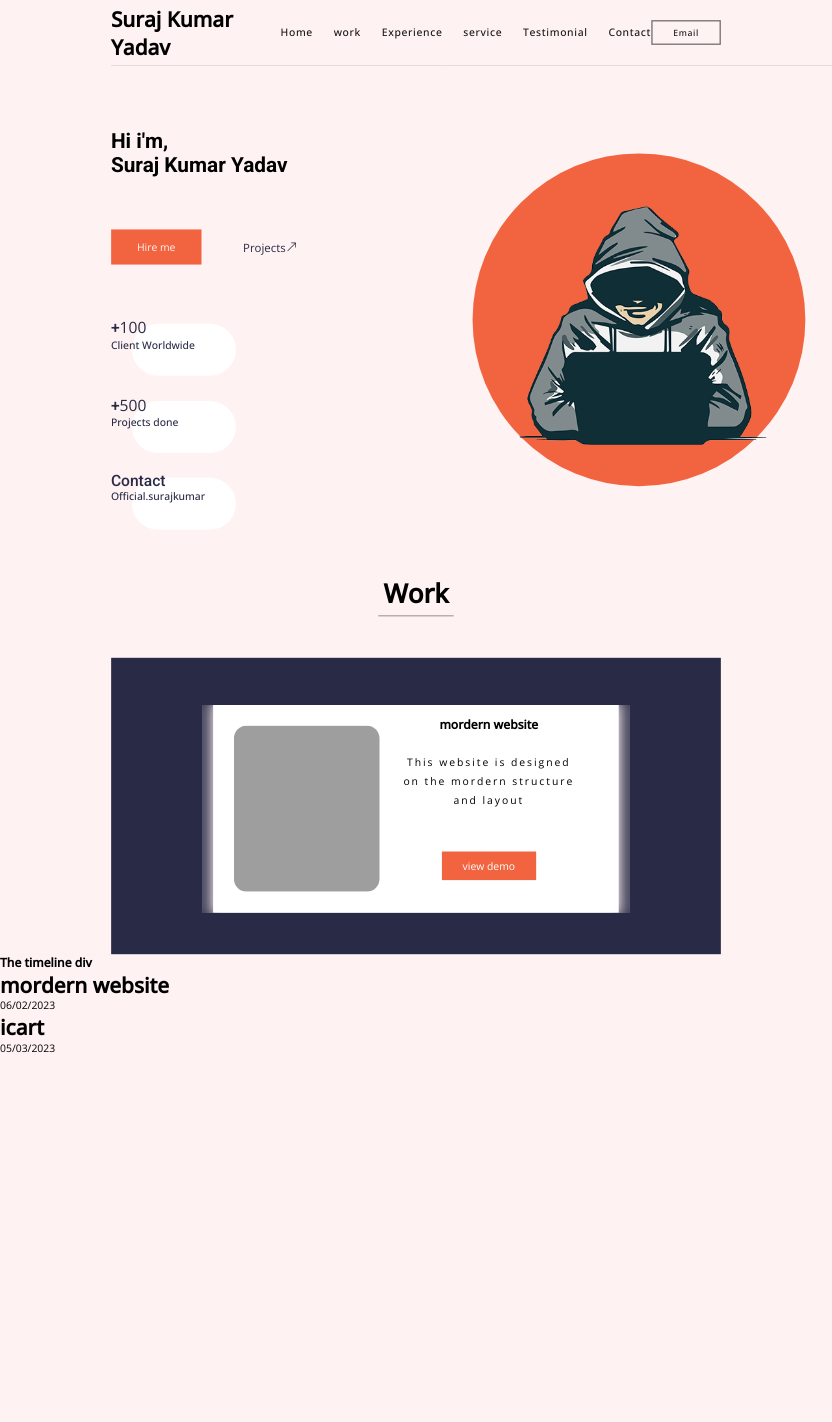
Repository: suraj-yadav7/portfolio-reactjs
Page: /
These files come from the project's save history. The page is drawn as it stood at one moment and after the next save; the edit follows.
The browser window is 1280 px wide. The pictures show the whole page, at 65% of full size.
Pictures or frames that could not be fetched are drawn as grey boxes. The project was rebuilt for these pictures with package versions that can differ from the ones it lists, and the page was loaded fresh each time.

Above is the page before, as saved 2023-04-10 18:56:58.

### src/index.js
import React from 'react';
import ReactDOM from 'react-dom/client';
import App from './App';
import './styles/app.scss'

const root = ReactDOM.createRoot(document.getElementById('root'));
root.render(
  <React.StrictMode>
    <App />
  </React.StrictMode>
);

### src/App.js
import Header from "./components/Header";
import Home from "./components/Home";
import Work from "./components/Work";
import Timeline from "./components/Timeline";


function App() {
  return (
    <>
      <Header/>
      <Home/>
      <Work/>
      <Timeline/>
    </>
  );
}

export default App;

### src/styles/app.scss
@import url('https://fonts.googleapis.com/css2?family=Open+Sans:wght@300;400;500&family=Roboto:ital,wght@0,300;0,500;0,700;1,700&display=swap');


@import "statics";
@import "animation";
@import "header";
@import "home";
@import "work";
@import "timeline";


* {
  margin: 0%;
  padding: 0%;
  font-family: $text2;
  box-sizing: border-box;
  scroll-behavior: smooth;
}
a {
  text-decoration: none;
}

body {
  background-color: $color1;
  overflow-x: hidden;
}

.disableBtn {
  color: $color6 !important;
  background-color: rgb(191, 191, 191) !important;
  cursor: not-allowed !important;
}

#customMessage {
  font: 900 2rem $text2;
  width: 100%;
  height: 100vh;
  display: grid;
  place-items: center;
}

/*
@import "statics";
@import "animation";
@import "header";  //the statice values are available to header bcz statics is "import" above ii
@import "home";
@import "work";

*{
    margin:0;
    padding:0;
    box-sizing: border-box;
    font-family: $text1;
    scroll-behavior: smooth;
}
a{
    text-decoration: none;
}

body{
    background-color: $color1;
    overflow-x: hidden;
}

.disableBtn {
    background-color: rgb(237,237,237);
    cursor: not-allowed;
}
*/

### src/components/Header.jsx


import React from "react"

const Header = ()=>{
    return(
        <nav>
            <NavContent/>
        </nav>
    )
};

const NavContent = () =>{
    return(

        <>
        <h2>Suraj Kumar Yadav</h2>
        <div>
            <a href="#home">Home</a>
            <a href="#work">work</a>
            <a href="#timeline">Experience</a>
            <a href="#service">service</a>
            <a href="#testimonial">Testimonial</a>
            <a href="#Contact">Contact</a>
        </div>
        <a href="mailto: official.surajkumar@gmail.com">
            <button>Email</button>
        </a>
        </>
        )
}


export default Header;

### src/components/Home.jsx
import { BsArrowUpRight, BsChevronDown } from "react-icons/bs";
import {React,useRef} from 'react'
import { animate, motion } from "framer-motion"
// import { Typewriter} from 'typewriter-effect'
import me from "../assets/me.png"


const Home = () => {

  const clientCount = useRef(null)
  const projectCount = useRef(null)

  const animationClientCount = ()=>{
        animate(0,100,{
          duration: 1,
          onUpdate:(v)=>(clientCount.current.textContent=v.toFixed())
        })
  }


  const animationProjectCount = ()=>{
    animate(0,500,{
      duration: 1,
      onUpdate:(v)=>(projectCount.current.textContent=v.toFixed())
    })
}

  const animation = {
    h1: {
      initial: {
        x: "-100%",
        opacity: 0
      },
      whileInView: {
        x: 0,
        opacity: 1
      }
    },
    button: {
      initial: {
        y: "-100%",
        opacity: 0
      },
      whileInView: {
        y: 0,
        opacity: 1
      }
    }
  }

  return (
    <>
      <div id="home">
        <section>
          <div>
            <motion.h1 {...animation.h1} >
              Hi i'm, <br /> Suraj Kumar Yadav
            </motion.h1>

            {/* <Typewriter options={{
              strings:["A developer", "A Designer"],
              autoStart: true,
              loop: true,
              wrapperClassName:"typewriterpara"

            }} />  */}


            <div>
              <a href="mailto:surajkumar@gmail.com">Hire me</a>
              <a href="#work">Projects <BsArrowUpRight /></a>
            </div>

            <article>
              <p>
                +<motion.span whileInView={animationClientCount} ref={clientCount}>100</motion.span>
              </p>
              <span>Client Worldwide</span>
            </article>

            <aside>
              <article>
                <p>
                  +<motion.span ref={projectCount} whileInView={animationProjectCount}>5000</motion.span>
                </p>
                <span>Projects done</span>
              </article>
            </aside>

            <article>
              <p>
                Contact</p>
              <span>Official.surajkumar</span>
            </article>
          </div>
        </section>

        <section>
          <img src={me} alt="myimage"></img>
        </section>
      </div>
    </>
  )
}

export default Home

### src/components/Work.jsx
import React from 'react'
import { Carousel } from 'react-responsive-carousel'
import "react-responsive-carousel/lib/styles/carousel.min.css"
import data from "../assets/data.json"

const Work = () => {
  return (
  <>
  <div id='work'>
    <h2>Work</h2>
    <section>
        <article>
            <Carousel showArrows={false}
            showIndicators={false}
            showStatus={false}
            showThumbs={false}
            interval={2000}
            infiniteLoop={true}
            autoPlay={true}
             >
                {
                    data.projects.map(i=>(
                        <div key={i.key} className="workItem">
                            <img src={i.imgSrc} href={i.title}/>
                            <aside>
                                <h3>{i.title}</h3>
                                <p>{i.description}</p>
                                <a href={i.url} target="blank"> view demo </a>
                            </aside>
                        </div>
                    ))
                }
            </Carousel>
        </article>
    </section>
  </div>
  </>
  )
}

export default Work

### src/components/Timeline.jsx
import React from "react";
import data from "../assets/data.json"

const Timeline=()=>{
    return(
        <>
        <div id="timeline">
            <div className="timelineBox">
                <h3>The timeline div </h3>
                    {
            data.projects.map((item,index)=>(
                <TimelineItem heading={item.title} text={item.date} index={index} key={index }/>
                ))
            }
            </div>
        </div>
        </>
    )
}


const TimelineItem =({heading,text,index})=>(

        <>
    <div className={`timelineItem ${index%2===0?"leftTimeline":"rightTimeline"}`}>
        <h1>{heading}</h1>
        <p>{text}</p>

    </div>
    </>
    )




export default Timeline;

### src/styles/statics.scss
$text1:"Roboto", sans-serif;
$text2:"Open sans", sans-serif;

$color1: #fef2f2;
$color2: #286f6c;
$color2_1: #174340;
$color3: #f26440;
$color3_1: #ad4126;
$color3_light: rgb(249 141 141);
$color4: #fff;
$color5: #292b46;
$color6: #161616;
$color6_1: #16161698;
$color6_2: #16161622;


$p: 13.33vmax;
$p_md: 7vmax;
$p_base: 5vmax;
$p_base_INVERSE: 10vmax 15vmax;
$p_sm: 2vmax;
$p_sm_inverse: 13vmax 0;
$p_zero: 0;

### src/styles/animation.scss

@keyframes animateSvg {
    to {
      transform: translate(-50%, -10px);
    }
  }

  @keyframes upanddown {
    to {
      transform: translateY(-5px);
    }
  }

  @keyframes upupdowndown {
    to {
      transform: translateY(-10px);
    }
  }

### src/styles/header.scss


nav{
    width:100%;
    height:100px;
    background-color: $color1;
    display: flex;
    align-items: center;
    justify-content: space-between;
    padding: 0px $p;
    position: sticky;
    top:0;
    z-index: 60%;
    >h2{
        font-size:2rem;
    }
    >div{
        display: flex;
        align-items: center;
        gap:2rem;
        a{
            color: $color6;
            font-weight: 500;
            transition: all 0.3s;
            letter-spacing: 1px;
            &:hover{
                color:$color3;
            }
        }
    }
    >a >button{
        border: 2px solid $color6_1;
        padding: 0.5rem 2rem;
        background-color: $color1;
        cursor: pointer;
        color: $color6;
        letter-spacing: 1px;
        font-weight: 500;
        transition: all 0.3s;
        &:hover{
           background-color: $color6;
            color: $color4;
        }
    }
}

### src/styles/home.scss
#home {
    width: 100%;
    height: 90vh;
    display: flex;

    > section {
      width: 100%;

      &:first-of-type {
        padding-left: $p;

        > div {
          border-top: 1px solid $color6_2;
          height: 100%;
          padding-top: 6rem;
          > h1 {
            font: 600 2rem $text1;
          }

        //   .typewriterpara {
        //     margin: 20px 0;
        //     height: 20px;
        //     letter-spacing: 5px;
        //   }

          > div {
            display: flex;
            margin: 5rem 0;
            width: 70%;
            gap: 4rem;
            align-items: center;
            > a {
              &:first-of-type {
                background-color: $color3;
                color: $color1;
                padding: 1rem 2.5rem;
                transition: all 0.3s;
                &:hover {
                  background-color: $color3_1;
                }
              }
              &:last-of-type {
                font: 400 1.1rem $text2;
                color: $color5;
                display: flex;
                align-items: center;
              }
            }
          }

          aside {
            display: flex;
            justify-content: space-between;
            width: 70%;
          }

          article {
            margin: 2rem 0;
            width: 10rem;
            color: $color5;
            position: relative;

            &::after {
              content: "";
              background-color: $color4;
              width: 100%;
              height: 5rem;
              border-radius: 50px;
              position: absolute;
              top: 20%;
              left: 20%;
              z-index: -1;
            }
            > p {
              font: 400 1.5rem $text1;
            }
            > span {
              font: 500 1rem $text2;
            }
          }

          article[data-special] {
            width: 16rem;
          }
        }
      }

      &:last-of-type {
        border-top: 1px solid $color6_2;
        display: flex;
        flex-direction: column;
        justify-content: flex-end;
        align-items: center;
        overflow-x: hidden;

        &::after {
          content: "";
          width: 40vmax;
          height: 40vmax;
          background-color: $color3;
          position: absolute;
          z-index: -1;
          border-radius: 50%;
        }

        > img {
          width: 40vmax;
          object-fit: contain;
          height: 40vmax;
        }
      }
    }


  }

### src/styles/work.scss
#work {
    width: 100%;
    height: 100vh;
    padding: 8rem $p;
    > h2 {
      font: 700 2.5rem $text2;
      width: fit-content;
      border-bottom: 1px solid $color6_1;
      padding: 0.5rem;
      margin: auto;
    }

    > section {
      margin-top: 4rem;
      width: 100%;
      height: 100%;
      background-color: $color5;
      display: flex;
      align-items: center;
      justify-content: center;

      > article {
        width: 70%;
        height: 25vmax;
      }

      .workItem {
        overflow-y: auto;
        height: 25vmax;
        width: 95%;
        margin: auto;
        background-color: $color4;
        display: flex;
        padding: 2rem;
        box-shadow: 0 0 20px 5px $color1;

        > img {
          border-radius: 20px;
          width: 40%;
          object-fit: cover;
        }

        > aside {
          width: 60%;
          display: flex;
          flex-direction: column;
          justify-content: center;
          align-items: center;

          > p {
            letter-spacing: 3px;
            line-height: 180%;
            margin: 2rem;
          }
          > a {
            background-color: $color3;
            padding: 0.7rem 2rem;
            margin: 2rem;
            color: $color4;
            transition: all 0.5s;
            &:hover {
              background-color: $color3_1;
            }
          }
        }
      }
    }
  }

### src/styles/timeline.scss
#timeline {
    width: 100%;
    height: 100vh;
    background-color: $color1;

    .timeline Box{
    width: 100%;
    height: 100%;
    position: relative;
    max-width: 1200px;
    margin:0 auto;
    display: flex;
    flex-direction: column;
    justify-content: center;
        &::hover{
            content:"";
            position:absolute;
            width: 6px;
            top: 0;
            bottom: 0;
            background-color: $color5;
            left: 50%;
            margin-left: -3px;
        }
    }

    }

### src/assets/data.json
{

    "projects" :[
        {
            "date":"06/02/2023",
            "title" : "mordern website",
            "description" : "This website is designed on the mordern structure and layout",
            "url" : "https://www.pixabay.com",
            "imgSrc" : "https://cdn.pixabay.com/photo/2017/05/10/12/41/hacker-2300772_1280.jpg"

        },
        {
            "date":"05/03/2023",
            "title" : "icart",
            "description" : "This website is designed on the mordern structure and layout of ecommerce website",
            "url" : "https://www.pixabay.com",
            "imgSrc" : "https://pixabay.com/photos/hacker-silhouette-hack-anonymous-3342696/"
        }

    ]

}

Loaded but not shown: public/index.html (common file)

After the next save:
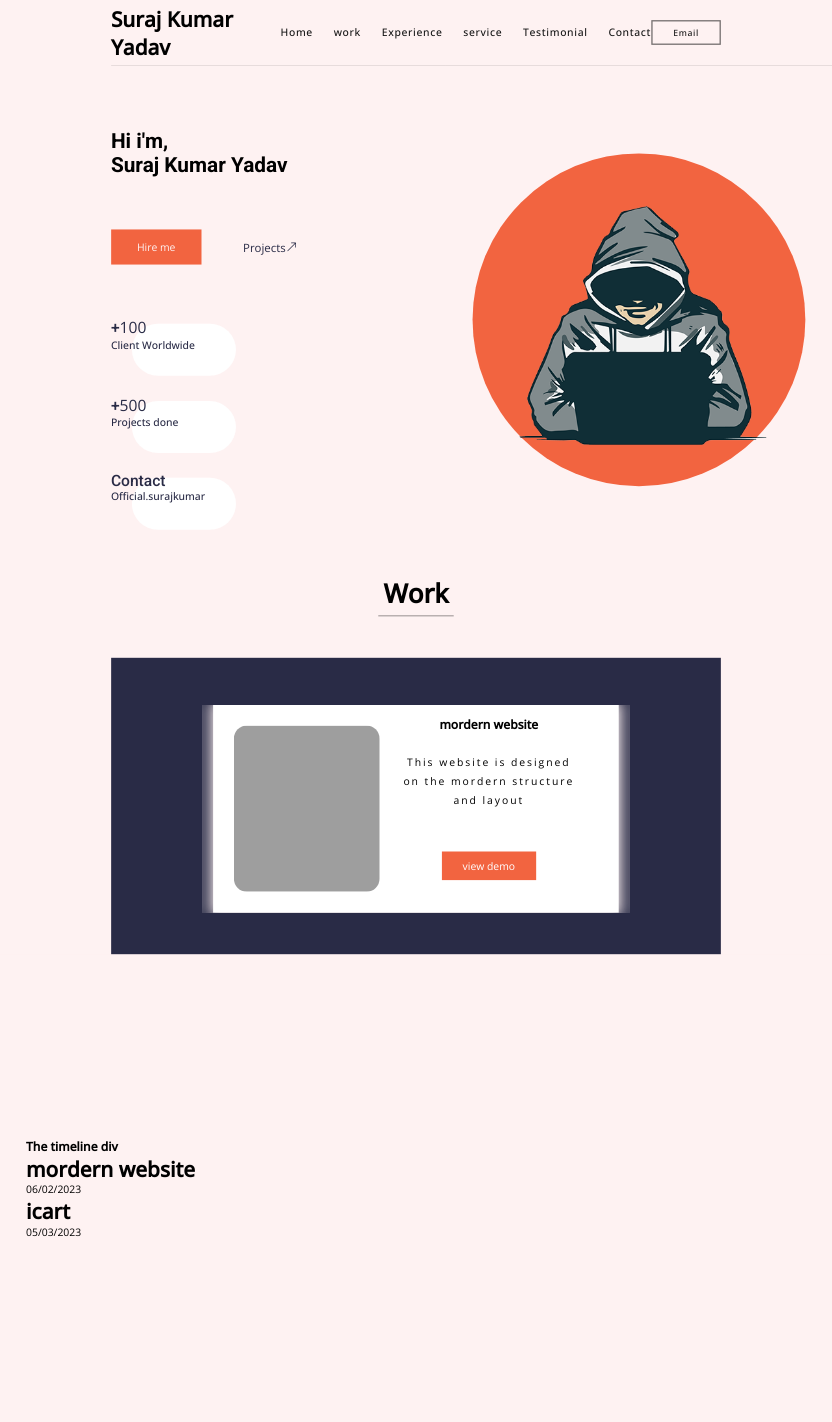
Saved 15 s later.
--- a/src/styles/timeline.scss
+++ b/src/styles/timeline.scss
@@ -3,7 +3,7 @@
     height: 100vh;
     background-color: $color1;
 
-    .timeline Box{
+    .timelineBox{
     width: 100%;
     height: 100%;
     position: relative;
